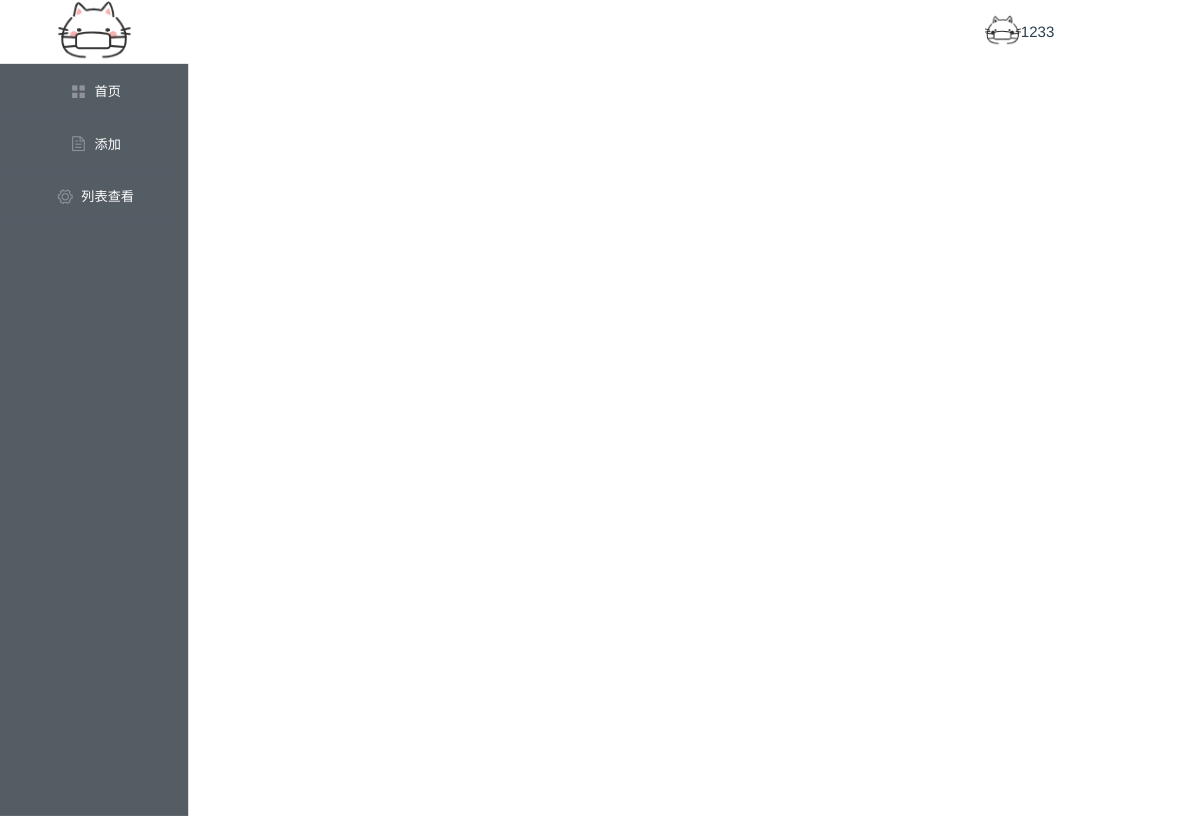
Repository: faintout/backMng
Page: / (app in backmng/)
The author's editor kept a copy of each file at every save. The page is drawn from the files as they stood at one save, then again after the next save.
The browser window is 1280 px wide. The pictures show the whole page, at 94% of full size.
The project was rebuilt for these pictures with package versions that can differ from the ones it lists, and the page was loaded fresh each time. Also part of the build but not shown: backmng/vue.config.js, backmng/src/views/_index.vue, backmng/src/views/addList.vue, backmng/src/views/list.vue.

Above is the page before, as saved 2020-12-30 15:38:17.

After the next save:
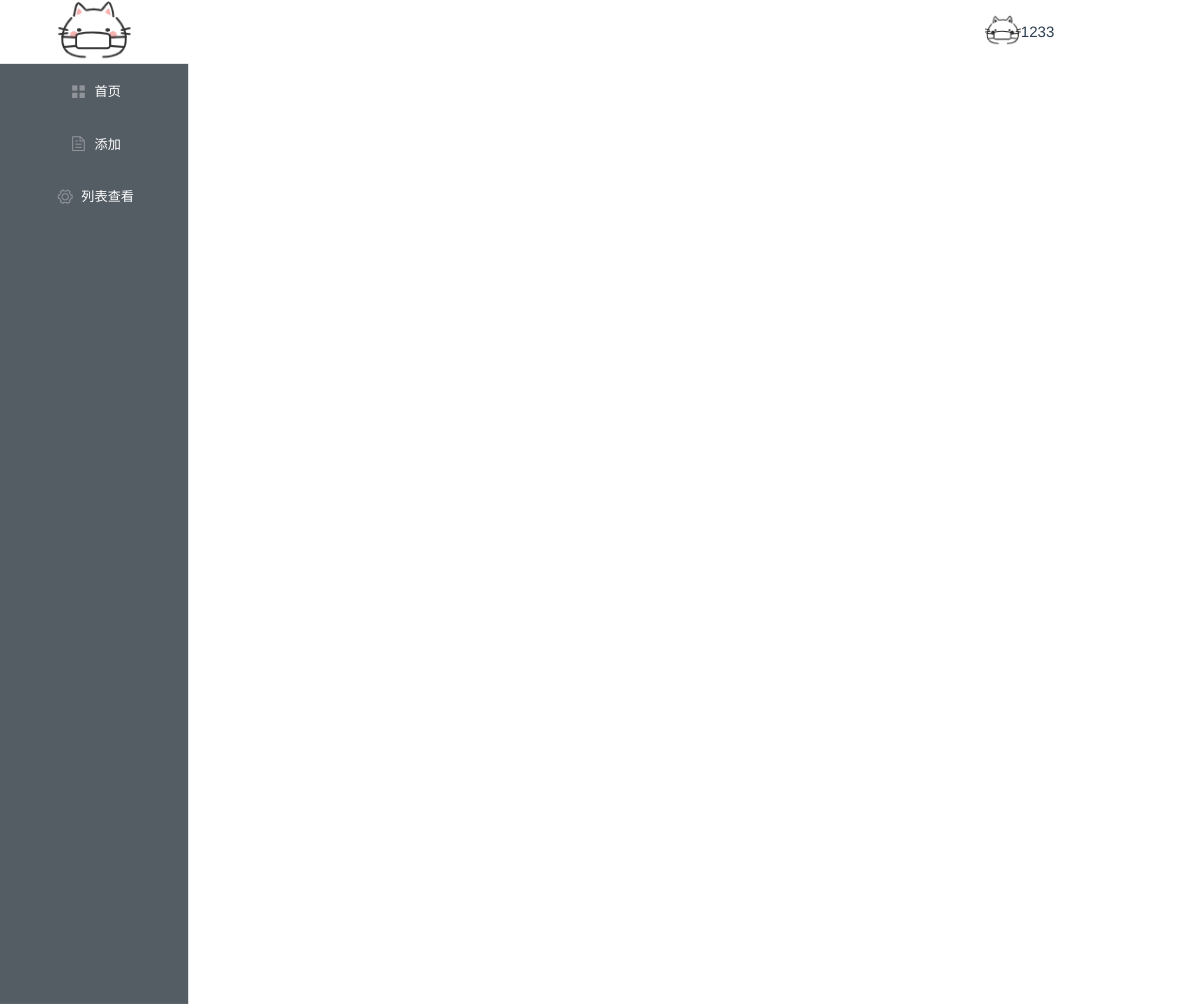
Saved 4 s later.
--- a/backmng/src/views/layout.vue
+++ b/backmng/src/views/layout.vue
@@ -61,7 +61,7 @@
 <style lang="less" scoped>
   .el-menu-vertical-demo:not(.el-menu--collapse) {
     width: 200px;
-    min-height: 800px;
+    min-height: 1000px;
     // height: 100%;
   }
 </style>
